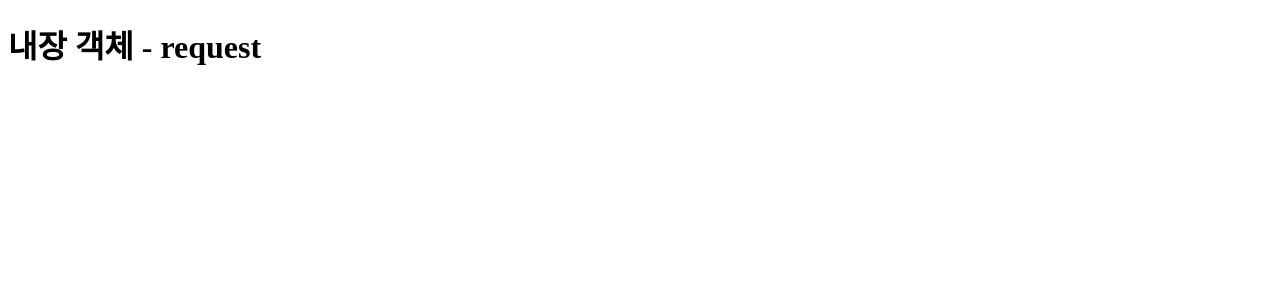
Repository: ahwaboin3/eclipse-workspace-jsp
Page: http://localhost/MustHaveJSP/RequestMain.jsp
These files come from the project's save history. The page is drawn as it stood at one moment and after the next save; the edit follows.
The browser window is 1280 px wide. The pictures show the whole page.
The page is served by Tomcat 10. Other server files are loaded and not shown.

Above is the page before, as saved 2025-05-21 02:36:09.

### MustHaveJSP/src/main/webapp/RequestMain.jsp
<%@ page language="java" contentType="text/html; charset=UTF-8"
    pageEncoding="UTF-8"%>
<!DOCTYPE html>
<html>
<head>
<meta charset="UTF-8">
<title>내장 객체 - request</title>
<!-- request 객체
클라이언트(주로 웹 브라우저)가 전송한 요청 정보를 담고 있는 객체입니다.
주요 기능
- 클라이언트와 서버에 대한 정보 읽기
- 클라이언트가 전송한 요청 매개변수에 대한 정보 읽기
- 요청 헤더 및 쿠키 정보 읽기
-->
</head>
<body>
	<h1>내장 객체 - request</h1>
</body>
</html>

After the next save:
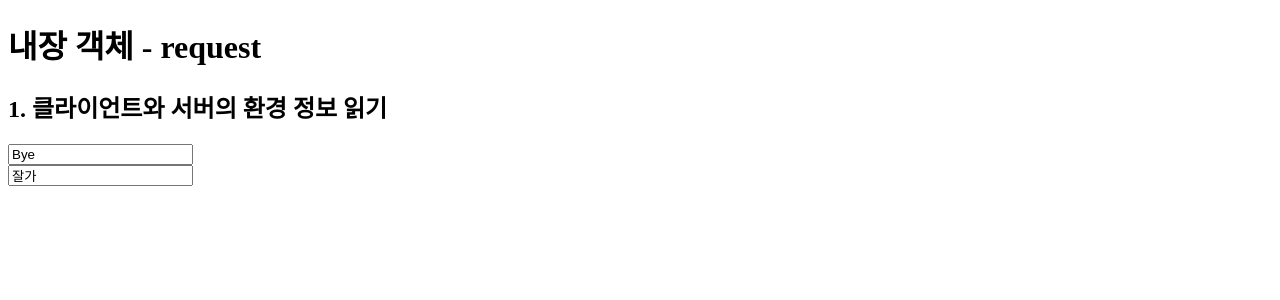
Saved 3 min 5 s later.
--- a/MustHaveJSP/src/main/webapp/RequestMain.jsp
+++ b/MustHaveJSP/src/main/webapp/RequestMain.jsp
@@ -15,5 +15,11 @@
 </head>
 <body>
 	<h1>내장 객체 - request</h1>
+	<h2>1. 클라이언트와 서버의 환경 정보 읽기</h2>
+	<form>
+		<input type="text" name="eng" value="Bye"/>
+		<br/>
+		<input type="text" name="han" value="잘가"/>
+	</form>
 </body>
 </html>
